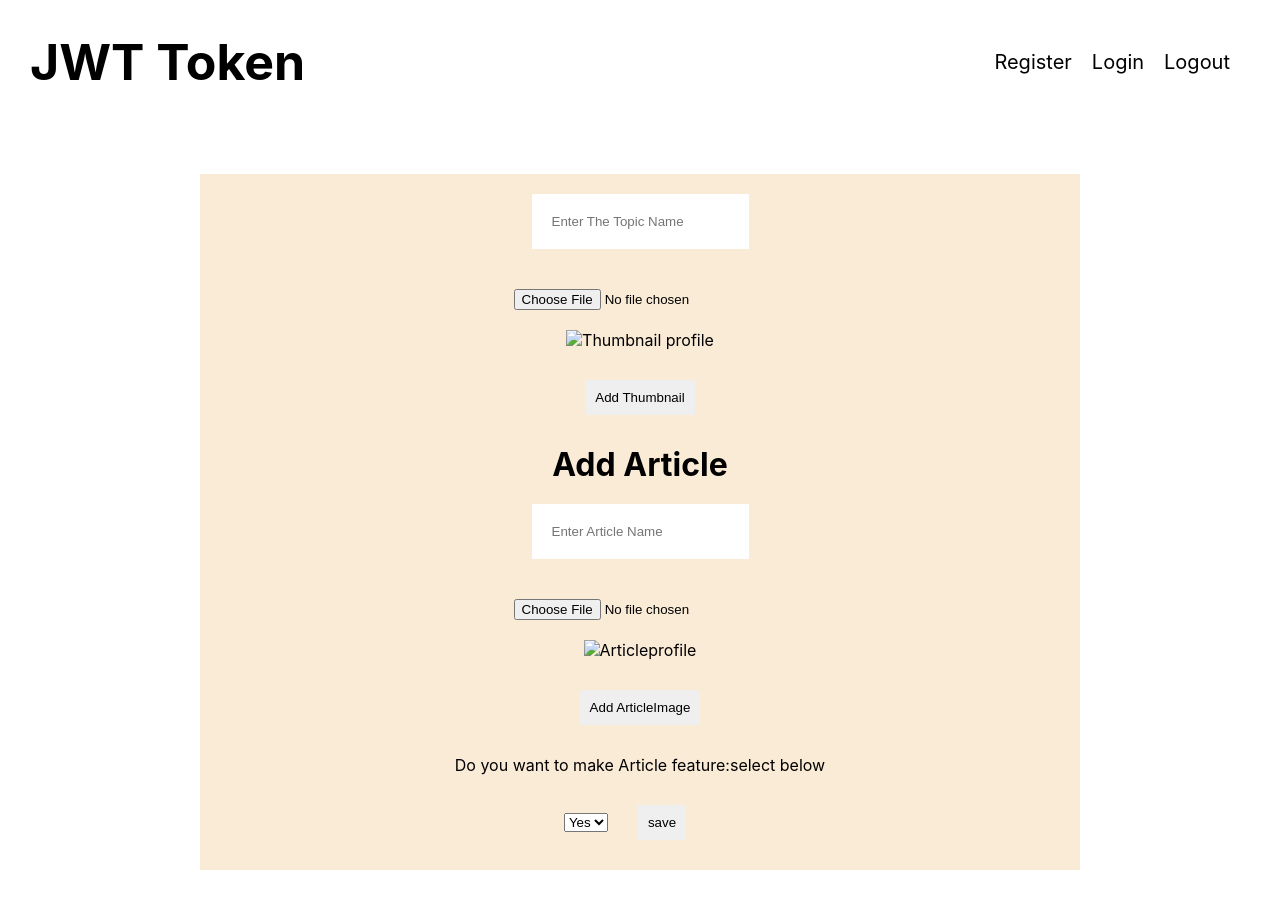
Repository: Prafullkuma/jwttoken
Page: /admin
These files come from the project's save history. The page is drawn as it stood at one moment and after the next save; the edit follows.
The browser window is 1280 px wide. The pictures show the whole page.
The project was rebuilt for these pictures with package versions that can differ from the ones it lists, and the page was loaded fresh each time. Also part of the build but not shown: src/App.css, src/component/Auth/Signup.js, src/component/Auth/Signin.js, src/component/User/User.js, src/component/Home/Home.js, src/component/Auth/Logout.js.

Above is the page before, as saved 2020-08-22 22:08:33.

### src/App.js
import React from 'react';
import { BrowserRouter, Route } from 'react-router-dom'
import './App.css';
import Navbar from './component/Navbar'
import Signup from './component/Auth/Signup';
import Signin from './component/Auth/Signin';
import User from './component/User/User';
import Dashboard from './component/Admin/Dashboard';
import Home from './component/Home/Home';
import Logout from './component/Auth/Logout'
function App() {
  return (
    <div className="App">
      <BrowserRouter>
        <Navbar />
        <Route path="/signup" component={Signup} />
        <Route path="/signin" component={Signin} />
        <Route path="logout" component={Logout} />
        <Route path="/user" component={User} />
        <Route path="/admin" component={Dashboard} />
        <Route exact path="/" component={Home} />
      </BrowserRouter>
    </div>
  );
}

export default App;

### src/component/Navbar.js
import React from 'react'
import { Link } from 'react-router-dom'
import './Navbar.css'
function Navbar() {
    return (
        <div>
            <section className="Nav">
                <h1> <Link to="/">JWT Token</Link></h1>
                <nav className="navbar-items">
                    <ul>
                        <li><Link to="/signup">Register</Link></li>
                        <li><Link to="/signin">Login</Link></li>
                        <li><Link to="/">Logout</Link></li>
                    </ul>

                </nav>
            </section>
        </div>
    )
}

export default Navbar

### src/component/Admin/Dashboard.js
import React, { useState } from 'react'
import './Dashboard.css'
function Dashboard() {
    const [topic, setTopic] = useState('')
    const [thumbnail, setThumbnail] = useState()
    const [title, setTitle] = useState('')
    const [articleImage, setArticleImage] = useState('')
    const [feature, setFeature] = useState('')
    const [flag, setFlag] = useState(false)
    const addThumbnail = (e) => {
        console.log(e.target.file)
    }
    const addArticleImage = () => {

    }
    const saveAllData = () => {

    }
    return (
        <div className="Dashboard">
            <div className="Topic_name">
                <input type="text"
                    value={topic}
                    onChange={e => setTopic(e.target.value)}
                    placeholder="Enter The Topic Name" />
                <br />
                <input type="file"
                    value={thumbnail}
                    onChange={e => setThumbnail(e.target.value)} /><br />
                <img src="" alt="Thumbnail profile" /><br />
                <button onClick={addThumbnail}> Add Thumbnail</button>

            </div>
            <div className="ArticleName">
                <h1> Add Article</h1>
                <input type="text"
                    value={title}
                    placeholder="Enter Article Name"
                    onChange={e => setTitle(e.target.value)} />
                <br />
                <input type="file"
                    value={articleImage}
                    onChange={e => setArticleImage(e.target.value)} /><br />
                <img src="" alt="Articleprofile" /><br />
                <button onClick={addArticleImage}> Add ArticleImage</button><br />
                <span>Do you want to make Article feature:select below</span><br />
                <select value={feature} onChange={e => setFeature(e.target.value)}>
                    <option selected value={true}>Yes</option>
                    <option value={false}>No</option>
                </select>

                <button type="submit" onClick={saveAllData}> save</button>
            </div>

        </div>
    )
}

export default Dashboard

### src/component/Navbar.css
.Nav{
display: flex;
align-items: center;
justify-content: space-between;
padding: 30px;
}
ul,li{
    list-style: none;
    float: left;
    margin: 10px;
    font-size: 20px;
}
.Nav h1{
    font-size: 50px;
}
.Nav a{
    text-decoration: none;
    color:black
}
.navbar-items{
    display: flex;
}

### src/component/Admin/Dashboard.css
.Dashboard{
    margin-top: 50px;
    display: flex;
    flex-direction: column;
    margin: 50px 200px;
    background-color: antiquewhite;
    text-align: center;
}
.Dashboard input{
    border: none;
    padding: 20px;
    margin-top: 20px;
}
.Dashboard button{
    padding: 10px;
    margin: 30px;
    border: none;

}

Loaded but not shown: src/index.js (common file); src/index.css (common file)

After the next save:
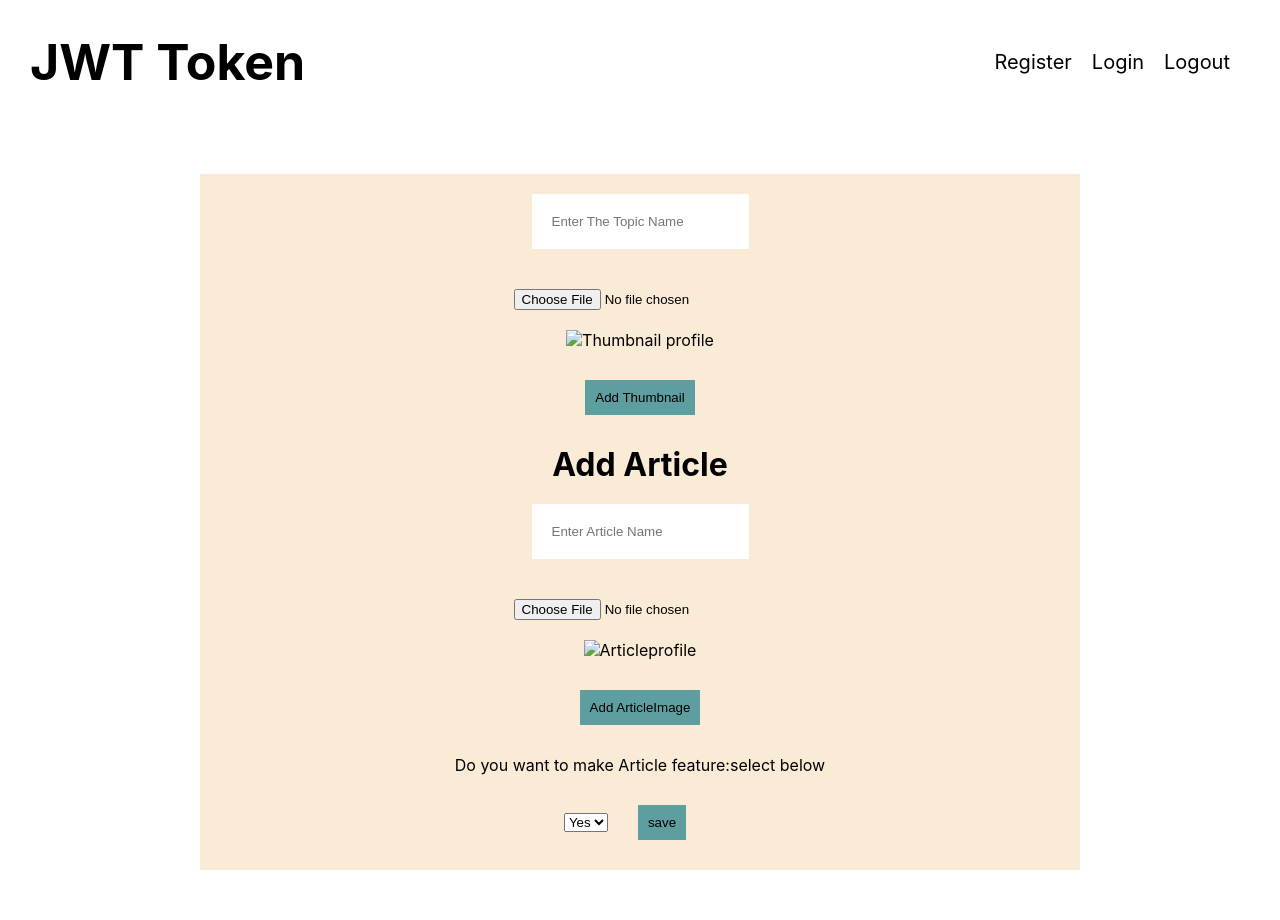
Saved 12 s later.
--- a/src/component/Admin/Dashboard.css
+++ b/src/component/Admin/Dashboard.css
@@ -15,5 +15,5 @@
     padding: 10px;
     margin: 30px;
     border: none;
-
+    background-color: cadetblue;
 }
